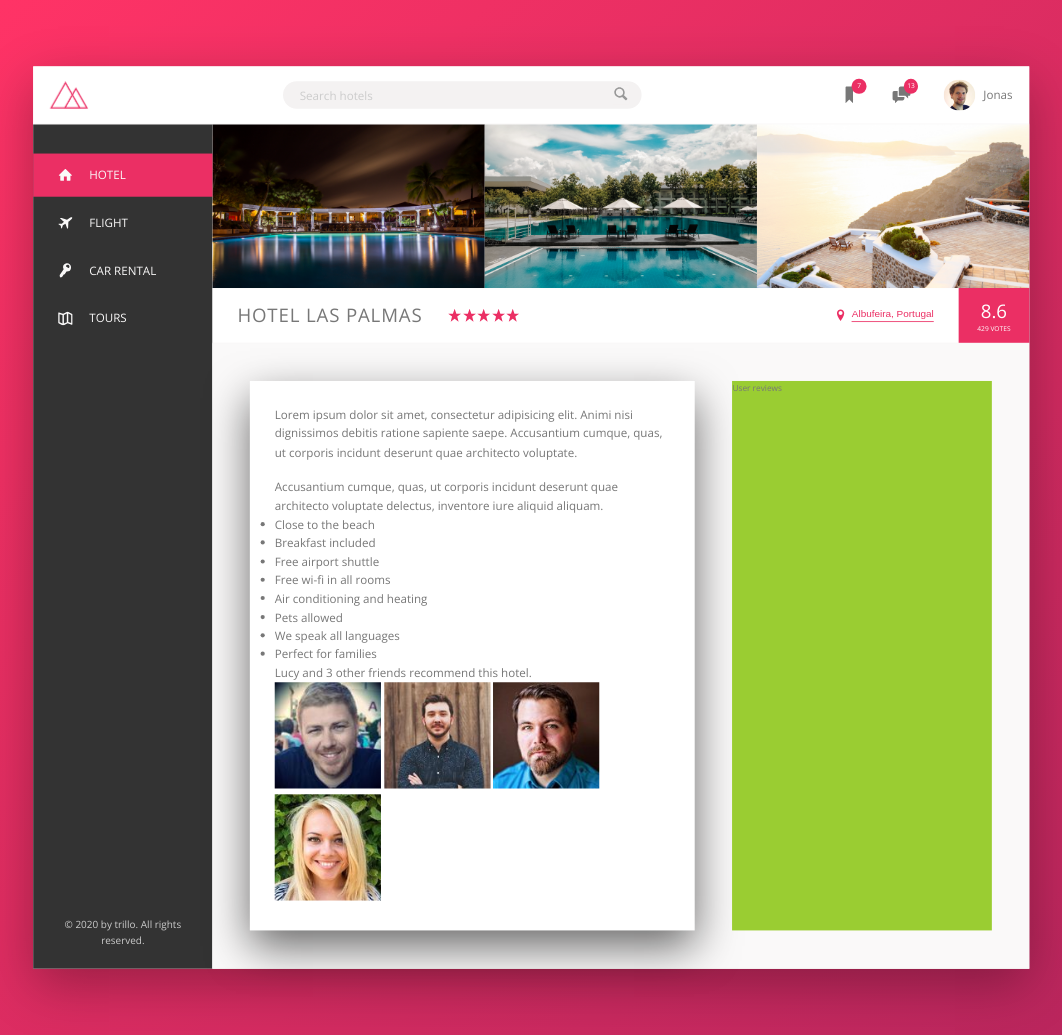
Repository: Lithium87/Trillo
Page: index.html
An editor plug-in stored every save of this project. The page is shown before and after the next save, followed by the edit.
The browser window is 1280 px wide. The pictures show the whole page, at 83% of full size.
The style sheet was rebuilt from its Sass, Less or Tailwind sources for each picture, by a compiler version that may differ from the author's.

Above is the page before, as saved 2020-05-16 23:53:45.

### index.html
<!DOCTYPE html>
<html lang="en">

<head>
    <meta charset="UTF-8">
    <meta name="viewport" content="width=device-width, initial-scale=1.0">

    <link href="https://fonts.googleapis.com/css?family=Open+Sans:300,400,600" rel="stylesheet">
    <link rel="stylesheet" href="css/style.css">
    <link rel="shortcut icon" type="image/png" href="img/favicon.png">

    <title>trillo &mdash; Your all-in-one booking app</title>
</head>

<body>
    <div class="container">
        <header class="header">
            <img src="img/logo.png" alt="Trillo logo" class="logo">
            <form action="#" class="search">
                <input type="text" class="search__input" placeholder="Search hotels">
                <button class="search__button">
                    <svg class="search__icon">
                        <use xlink:href="img/sprite.svg#icon-magnifying-glass"></use>
                    </svg>
                </button>
            </form>

            <nav class="user-nav">
                <div class="user-nav__icon-box">
                    <svg class="user-nav__icon">
                        <use xlink:href="img/sprite.svg#icon-bookmark"></use>
                    </svg>
                    <span class="user-nav__notification">7</span>
                </div>
                <div class="user-nav__icon-box">
                    <svg class="user-nav__icon">
                        <use xlink:href="img/sprite.svg#icon-chat"></use>
                    </svg>
                    <span class="user-nav__notification">13</span>
                </div>
                <div class="user-nav__user">
                    <img src="img/user.jpg" alt="User photo" class="user-nav__user-photo">
                    <span class="user-nav__user-name">Jonas</span>
                </div>
            </nav>
        </header>
        <div class="content">
            <nav class="sidebar">
                <ul class="side-nav">
                    <li class="side-nav__item side-nav__item--active">
                        <a href="#" class="side-nav__link">
                            <svg class="side-nav__icon">
                                <use xlink:href="img/stripe.svg#icon-home"></use>
                            </svg>
                            <span>Hotel</span>
                        </a>
                    </li>
                    <li class="side-nav__item">
                        <a href="#" class="side-nav__link">
                            <svg class="side-nav__icon">
                                <use xlink:href="img/stripe.svg#icon-aircraft"></use>
                            </svg>
                            <span>Flight</span>
                        </a>
                    </li>
                    <li class="side-nav__item">
                        <a href="#" class="side-nav__link">
                            <svg class="side-nav__icon">
                                <use xlink:href="img/stripe.svg#icon-key"></use>
                            </svg>
                            <span>Car rental</span>
                        </a>
                    </li>
                    <li class="side-nav__item">
                        <a href="#" class="side-nav__link">
                            <svg class="side-nav__icon">
                                <use xlink:href="img/stripe.svg#icon-map"></use>
                            </svg>
                            <span>Tours</span>
                        </a>
                    </li>
                </ul>
                <div class="legal">
                    &copy; 2020 by trillo. All rights reserved.
                </div>
            </nav>
            <main class="hotel-view">
                <div class="gallery">
                    <figure class="gallery__item">
                        <img src="img/hotel-1.jpg" alt="Photo of hotel 1" class="gallery__photo">
                    </figure>
                    <figure class="gallery__item">
                        <img src="img/hotel-2.jpg" alt="Photo of hotel 2" class="gallery__photo">
                    </figure>
                    <figure class="gallery__item">
                        <img src="img/hotel-3.jpg" alt="Photo of hotel 3" class="gallery__photo">
                    </figure>
                </div>
                <div class="overview">
                    <h1 class="overview__heading">Hotel Las Palmas</h1>
                    <div class="overview__stars">
                        <svg class="overview__icon-star">
                            <use xlink:href="img/stripe.svg#icon-star"></use>
                        </svg>
                        <svg class="overview__icon-star">
                            <use xlink:href="img/stripe.svg#icon-star"></use>
                        </svg>
                        <svg class="overview__icon-star">
                            <use xlink:href="img/stripe.svg#icon-star"></use>
                        </svg>
                        <svg class="overview__icon-star">
                            <use xlink:href="img/stripe.svg#icon-star"></use>
                        </svg>
                        <svg class="overview__icon-star">
                            <use xlink:href="img/stripe.svg#icon-star"></use>
                        </svg>
                    </div>
                    <div class="overview__location">
                        <svg class="overview__icon-location">
                            <use xlink:href="img/stripe.svg#icon-location-pin"></use>
                        </svg>
                        <button class="btn-inline">Albufeira, Portugal</button>
                    </div>
                    <div class="overview__rating">
                        <div class="overview__rating-average">8.6</div>
                        <div class="overview__rating-count">429 votes</div>
                    </div>
                </div>
                <div class="detail">
                    <div class="description">
                        <p class="paragraph">
                            Lorem ipsum dolor sit amet, consectetur adipisicing elit. Animi nisi dignissimos debitis ratione sapiente saepe. Accusantium cumque, quas, ut corporis incidunt deserunt quae architecto voluptate.
                        </p>
                        <p class="paragraph">
                            Accusantium cumque, quas, ut corporis incidunt deserunt quae architecto voluptate delectus, inventore iure aliquid aliquam.
                        </p>
                        <ul class="list">
                            <li class="list__item">Close to the beach</li>
                            <li class="list__item">Breakfast included</li>
                            <li class="list__item">Free airport shuttle</li>
                            <li class="list__item">Free wi-fi in all rooms</li>
                            <li class="list__item">Air conditioning and heating</li>
                            <li class="list__item">Pets allowed</li>
                            <li class="list__item">We speak all languages</li>
                            <li class="list__item">Perfect for families</li>
                        </ul>
                        <div class="recommend">
                            <p class="recommend__count">
                                Lucy and 3 other friends recommend this hotel.
                            </p>
                            <div class="recommend__friends">
                                <img src="img/user-3.jpg" alt="Friend 1" class="recommend__photo">
                                <img src="img/user-4.jpg" alt="Friend 2" class="recommend__photo">
                                <img src="img/user-5.jpg" alt="Friend 3" class="recommend__photo">
                                <img src="img/user-6.jpg" alt="Friend 4" class="recommend__photo">
                            </div>
                        </div>
                    </div>
                    <div class="user-reviews">
                        User reviews
                    </div>
                </div>
            </main>
        </div>
    </div>
</body>

</html>

### sass/_base.scss
:root {
    --color-primary: #eb2f64;
    --color-primary-light: #FF3366;
    --color-primary-dark: #BA265D;
    --color-grey-light-1: #faf9f9;
    --color-grey-light-2: #f4f2f2;
    --color-grey-light-3: #f0eeee;
    --color-grey-light-4: #ccc;
    --color-grey-dark-1: #333;
    --color-grey-dark-2: #777;
    --color-grey-dark-3: #999;
    --shadow-dark: 0 2rem 6rem rgba(0, 0, 0, .3);
    --shadow-light: 0 2rem 5rem rgba(0, 0, 0, .6);
    --line: 1px solid var(--color-grey-light-2);
}

* {
    margin: 0;
    padding: 0;
}

*,
*::before,
*::after {
    box-sizing: inherit;
}

html {
    box-sizing: border-box;
    font-size: 62.5%; // 1rem = 10px
}

body {
    font-family: 'Open Sans', sans-serif;
    font-weight: 400;
    line-height: 1.6;
    color: var(--color-grey-dark-2);
    background-image: linear-gradient(to right bottom, var(--color-primary-light), var(--color-primary-dark));
    background-size: cover;
    background-repeat: no-repeat;
    min-height: 100vh;
}

### sass/_layout.scss
.container {
    max-width: 120rem;
    margin: 8rem auto;
    background-color: var(--color-grey-light-1);
    box-shadow: var(--shadow-dark);
    min-height: 50rem;
}

.header {
    font-size: 1.4rem;
    height: 7rem;
    background-color: #fff;
    border-bottom: var(--line);
    display: flex;
    justify-content: space-between;
    align-items: center;
}

.content {
    display: flex;
}

.sidebar {
    background-color: var(--color-grey-dark-1);
    flex: 0 0 18%;
    display: flex;
    flex-direction: column;
    justify-content: space-between;
}

.hotel-view {
    background-color: #fff;
    flex: 1;
}

.detail {
    display: flex;
    padding: 4.5rem;
    background-color: var(--color-grey-light-1);
    border-bottom: var(--line);
}

.description {
    font-size: 1.4rem;
    background-color: #fff;
    box-shadow: var(--shadow-light);
    padding: 3rem;
    flex: 0 0 60%;
    margin-right: 4.5rem;
}

.user-reviews {
    background-color: yellowgreen;
    flex: 1;
}

### sass/_components.scss
///////////////////////
//LOGO
.logo {
    height: 3.25rem;
    margin-left: 2rem;
}

///////////////////////
//SEARCH BOX
.search {
    flex: 0 0 40%;
    display: flex;
    align-items: center;
    justify-content: center;
    &__input {
        font-family: inherit;
        font-size: inherit;
        color: inherit;
        background-color: var(--color-grey-light-2);
        border: none;
        padding: .7rem 2rem;
        border-radius: 100px;
        width: 90%;
        transition: all .2s;
        margin-right: -3.5rem;
        &:focus {
            outline: none;
            width: 100%;
            background-color: var(--color-grey-light-3);
        }
        &::-webkit-input-placeholder {
            font-weight: 100;
            color: var(--color-grey-light-4);
        }
    }
    &__input:focus+&__button {
        background-color: var(--color-grey-light-3);
    }
    &__button {
        border: none;
        background-color: var(--color-grey-light-2);
        &:focus {
            outline: none;
        }
        &:active {
            transform: translateY(2px);
        }
    }
    &__icon {
        height: 2rem;
        width: 2rem;
        fill: var(--color-grey-dark-3);
    }
}

///////////////////////
//USER NAVIGATION
.user-nav {
    align-self: stretch;
    display: flex;
    align-items: center;
    &>* {
        padding: 0 2rem;
        cursor: pointer;
        height: 100%;
        display: flex;
        align-items: center;
    }
    &>*:hover {
        background-color: var(--color-grey-light-2);
    }
    &__icon-box {
        position: relative;
    }
    &__icon {
        height: 2.25rem;
        width: 2.25rem;
        fill: var(--color-grey-dark-2);
    }
    &__notification {
        font-size: .8rem;
        height: 1.75rem;
        width: 1.75rem;
        border-radius: 50%;
        background-color: var(--color-primary);
        color: #fff;
        position: absolute;
        top: 1.5rem;
        right: 1.1rem;
        display: flex;
        justify-content: center;
        align-items: center;
    }
    &__user-photo {
        height: 3.75rem;
        border-radius: 50%;
        margin-right: 1rem;
    }
}

///////////////////////
//SIDE NAVIGATION
.side-nav {
    font-size: 1.4rem;
    list-style: none;
    margin-top: 3.5rem;
    &__item {
        position: relative;
        &:not(:last-child) {
            margin-bottom: .5rem;
        }
    }
    &__item::before {
        content: "";
        position: absolute;
        top: 0;
        left: 0;
        height: 100%;
        width: 3px;
        background-color: var(--color-primary);
        transform: scaleY(0);
        transition: transform .2s, width .4s cubic-bezier(1, 0, 0, 1) .2s, background-color .1s;
    }
    &__item:hover::before,
    &__item--active::before {
        transform: scaleY(1);
        width: 100%;
    }
    &__item:active::before {
        background-color: var(--color-primary-light);
    }
    &__link:link,
    &__link:visited {
        color: var(--color-grey-light-1);
        text-decoration: none;
        text-transform: uppercase;
        display: block;
        padding: 1.5rem 3rem;
        position: relative;
        z-index: 10;
        display: flex;
        align-items: center;
    }
    &__icon {
        width: 1.75rem;
        height: 1.75rem;
        margin-right: 2rem;
        fill: currentColor;
    }
}

///////////////////////
//LEGAL TEXT
.legal {
    font-size: 1.2rem;
    color: var(--color-grey-light-4);
    text-align: center;
    padding: 2.5rem;
}

///////////////////////
//GALLERY
.gallery {
    display: flex;
    &__photo {
        width: 100%;
        display: block;
    }
}

///////////////////////
//HOTEL OVERVIEW
.overview {
    display: flex;
    align-items: center;
    border-bottom: var(--line);
    &__heading {
        font-size: 2.25rem;
        font-weight: 300;
        text-transform: uppercase;
        letter-spacing: 1px;
        padding: 1.5rem 3rem;
    }
    &__stars {
        margin-right: auto;
        display: flex;
    }
    &__icon-star,
    &__icon-location {
        width: 1.75rem;
        height: 1.75rem;
        fill: var(--color-primary);
    }
    &__location {
        font-size: 1.2rem;
        display: flex;
        align-items: center;
    }
    &__icon-location {
        margin-right: .5rem;
    }
    &__rating {
        background-color: var(--color-primary);
        color: #fff;
        margin-left: 3rem;
        padding: 0 2.25rem;
        align-self: stretch;
        display: flex;
        flex-direction: column;
        align-items: center;
        justify-content: center;
    }
    &__rating-average {
        font-size: 2.25rem;
        font-weight: 300;
        margin-bottom: -3px;
    }
    &__rating-count {
        font-size: .8rem;
        text-transform: uppercase;
    }
}

///////////////////////
//BUTTON INLINE
.btn-inline {
    border: none;
    color: var(--color-primary);
    font-size: inherit;
    border-bottom: 1px solid currentColor;
    padding-bottom: 2px;
    display: inline-block;
    background-color: transparent;
    cursor: pointer;
    transition: all .2s;
    &:hover {
        color: var(--color-grey-dark-1);
    }
    &:focus {
        outline: none;
        animation: pulsate 1s infinite;
    }
}

@keyframes pulsate {
    0% {
        transform: scale(1);
        box-shadow: none;
    }
    50% {
        transform: scale(1.05);
        box-shadow: 0 1rem 4rem rgba(0, 0, 0, .25);
    }
    100% {
        transform: scale(1);
        box-shadow: none;
    }
}

///////////////////////
//PARAGRAPH
.paragraph:not(:last-of-type) {
    margin-bottom: 2rem;
}

///////////////////////
//LIST
///////////////////////
//RECOMMEND

Loaded but not shown: sass/main.scss (common file)

After the next save:
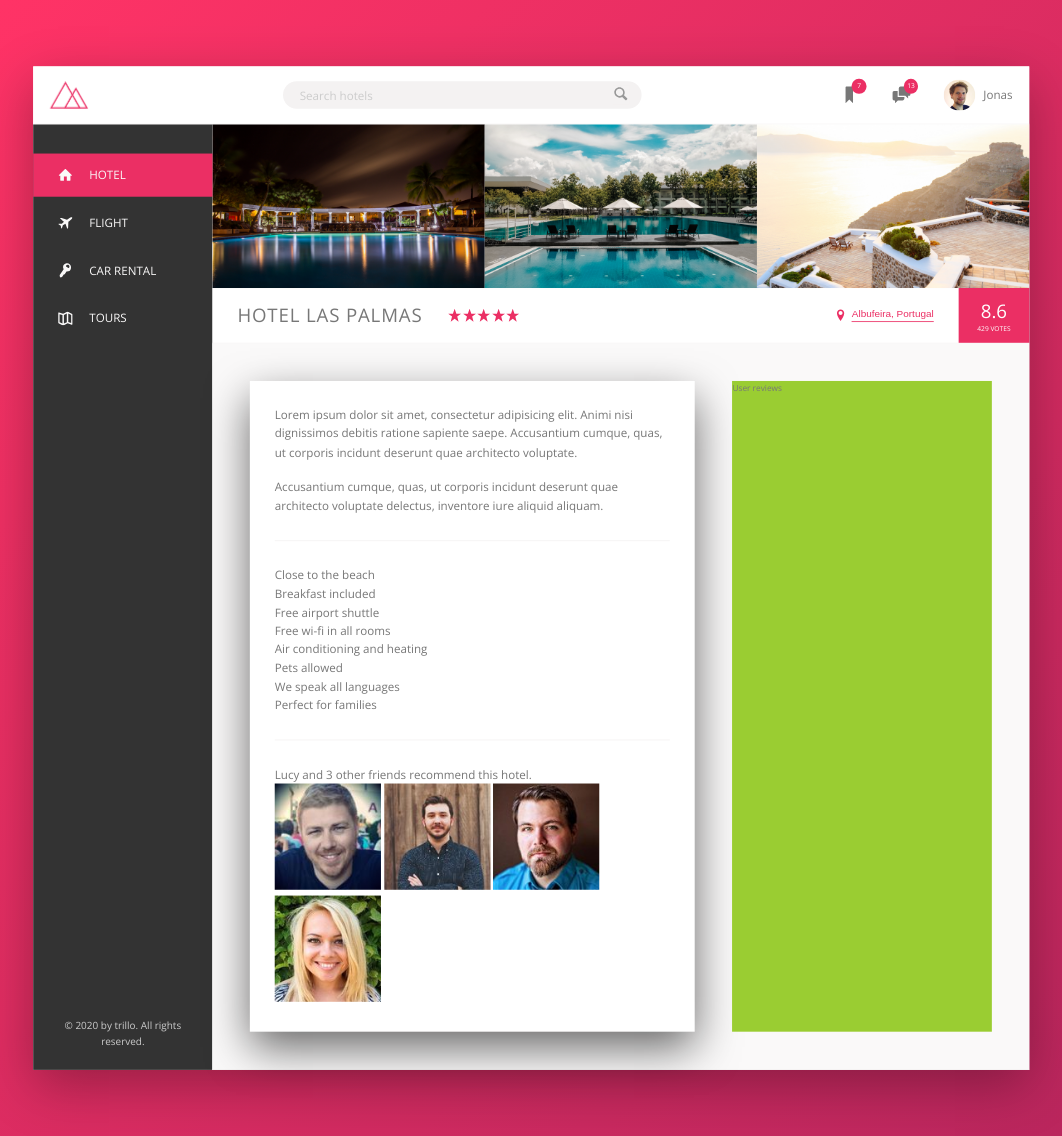
Saved 5 min 10 s later.
--- a/sass/_components.scss
+++ b/sass/_components.scss
@@ -265,5 +265,13 @@
 
 ///////////////////////
 //LIST
+.list {
+    list-style: none;
+    margin: 3rem 0;
+    padding: 3rem 0;
+    border-top: var(--line);
+    border-bottom: var(--line);
+}
+
 ///////////////////////
 //RECOMMEND
